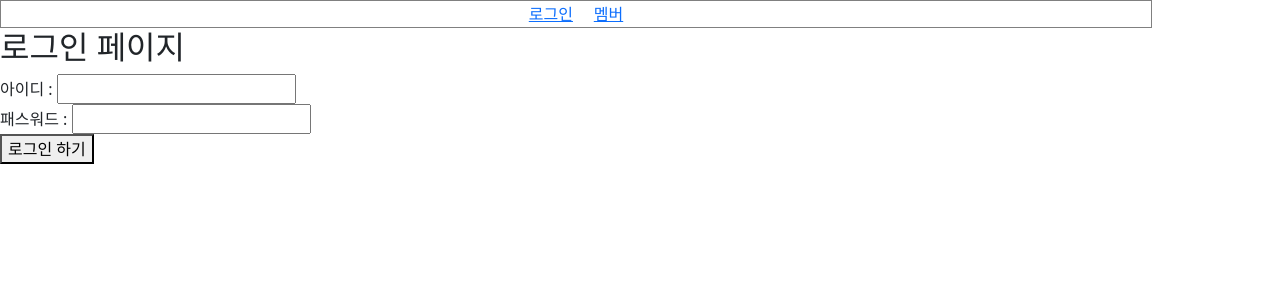
Repository: jungwoonAn/jsp_basic
Page: http://localhost/MustHaveJSP/BS_Board/BSLoginForm.jsp
The author's editor kept a copy of each file at every save. The page is drawn from the files as they stood at one save, then again after the next save.
The browser window is 1280 px wide. The pictures show the whole page.
The page is served by Tomcat 10. Other server files are loaded and not shown.

Above is the page before, as saved 2024-10-23 00:37:16.

### MustHaveJSP/src/main/webapp/BS_Board/BSLoginForm.jsp
<%@ page language="java" contentType="text/html; charset=UTF-8"
    pageEncoding="UTF-8"%>
<!DOCTYPE html>
<html>
<head>
<meta charset="UTF-8">
<title>Session</title>
<link rel="stylesheet" href="https://cdn.jsdelivr.net/npm/bootstrap@5.3.3/dist/css/bootstrap.min.css">
<script type="text/javascript">
	function validateForm(form){
		if(!form.user_id.value){
			alert("아이디를 입력하세요.");
			return false;
		}
		if(form.user_pass.value==""){
			alert("패스워드를 입력하세요");
			return false;
		}
	}
</script>
</head>
<body>
	<jsp:include page="../Common/Link.jsp" />

	<h2>로그인 페이지</h2>
	<span style="color: red; font-size: 1.2em;">
		<%= request.getAttribute("LoginErrMsg")  == null ?
				"" : request.getAttribute("LoginErrMsg") %>
	</span>
	<%
	if(session.getAttribute("UserId") == null){  // 로그인 상태 확인
		// 로그아웃 상태
	%>
	<form action="LoginProcess.jsp" method="post" name="loginFrm" onsubmit="return validateForm(this);">
		아이디 : <input type="text" name="user_id"><br>
		패스워드 : <input type="password" name="user_pass"><br>
		<button type="submit">로그인 하기</button>
	</form>
	<%
	} else { // 로그인된 상태
	%>
		<%= session.getAttribute("UserName") %> 회원님, 로그인하셨습니다. <br>
		<a href="Logout.jsp">[로그아웃]</a>
	<%
	}
	%>

	<script src="https://cdn.jsdelivr.net/npm/@popperjs/core@2.11.8/dist/umd/popper.min.js"></script>
	<script src="https://cdn.jsdelivr.net/npm/bootstrap@5.3.3/dist/js/bootstrap.min.js"></script>
</body>
</html>

### MustHaveJSP/src/main/webapp/Common/Link.jsp
<%@ page language="java" contentType="text/html; charset=UTF-8"
    pageEncoding="UTF-8"%>
<table border="1" style="width:90%;">
	<tr>
		<td style="text-align:center;">
		<!-- 로그인 여부에 따른 메뉴 변화 -->
		<% if(session.getAttribute("UserId")==null) {
		%>
			<a href="../06_Session/LoginForm.jsp">로그인</a>
		<%
		}else {
		%>
			<a href="../06_Session/Logout.jsp">로그아웃</a>
		<%
		}
		%>
			<!-- 게시판 링크 -->
			&nbsp;&nbsp;&nbsp;
			<a href="../06_Session/List.jsp">멤버</a>

			<!--
			&nbsp;&nbsp;&nbsp;
			<a href="../08_Board/List.jsp">게시판(페이징X)</a>
			&nbsp;&nbsp;&nbsp;
			<a href="../09_PagingBoard/List.jsp">게시판(페이징O)</a>
			 -->
		</td>
	</tr>

</table>

### MustHaveJSP/src/main/webapp/Common/BSLink.jsp
<%@ page language="java" contentType="text/html; charset=UTF-8"
    pageEncoding="UTF-8"%>
<nav class="navbar navbar-expand-lg bg-body-tertiary">
  <div class="container-fluid">
    <a class="navbar-brand" href="List.jsp">회원제 게시판</a>
    <button class="navbar-toggler" type="button" data-bs-toggle="collapse" data-bs-target="#navbarNav" aria-controls="navbarNav" aria-expanded="false" aria-label="Toggle navigation">
      <span class="navbar-toggler-icon"></span>
    </button>
    <div class="collapse navbar-collapse" id="navbarNav">
      <ul class="navbar-nav">
        <!-- 로그인 여부에 따른 메뉴 변화 -->
		<% if(session.getAttribute("UserId")==null) {
		%>
			<li class="nav-item">
	          <a class="nav-link" href="../Common/LoginForm.jsp">로그인</a>
	        </li>
		<%
		}else {
		%>
			<li class="nav-item">
	          <a class="nav-link" href="../Common/Logout.jsp">로그아웃</a>
	        </li>
		<%
		}
		%>
        <li class="nav-item">
          <a class="nav-link" href="../BS_Board/List.jsp">게시판(페이징X)</a>
        </li>
        <li class="nav-item">
          <a class="nav-link" href="../09_PagingBoard/List.jsp">게시판(페이징O)</a>
        </li>
      </ul>
    </div>
  </div>
</nav>

After the next save:
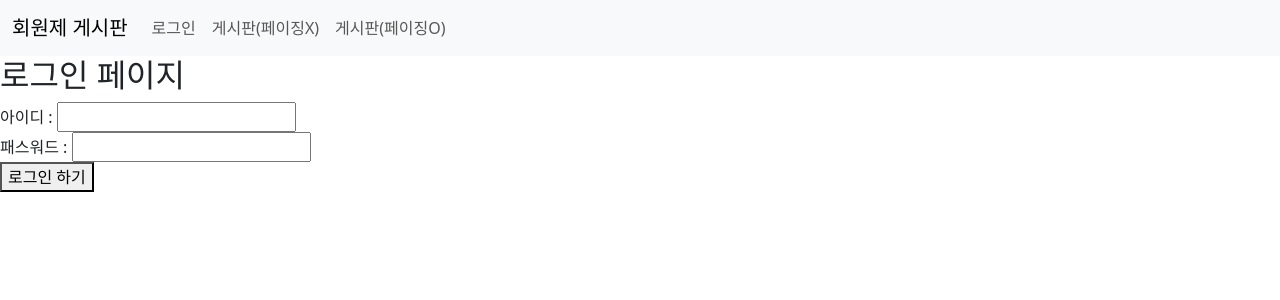
Saved 102 s later.
--- a/MustHaveJSP/src/main/webapp/BS_Board/BSLoginForm.jsp
+++ b/MustHaveJSP/src/main/webapp/BS_Board/BSLoginForm.jsp
@@ -20,7 +20,7 @@
 </script>
 </head>
 <body>
-	<jsp:include page="../Common/Link.jsp" />
+	<jsp:include page="../Common/BSLink.jsp" />
 
 	<h2>로그인 페이지</h2>
 	<span style="color: red; font-size: 1.2em;">
